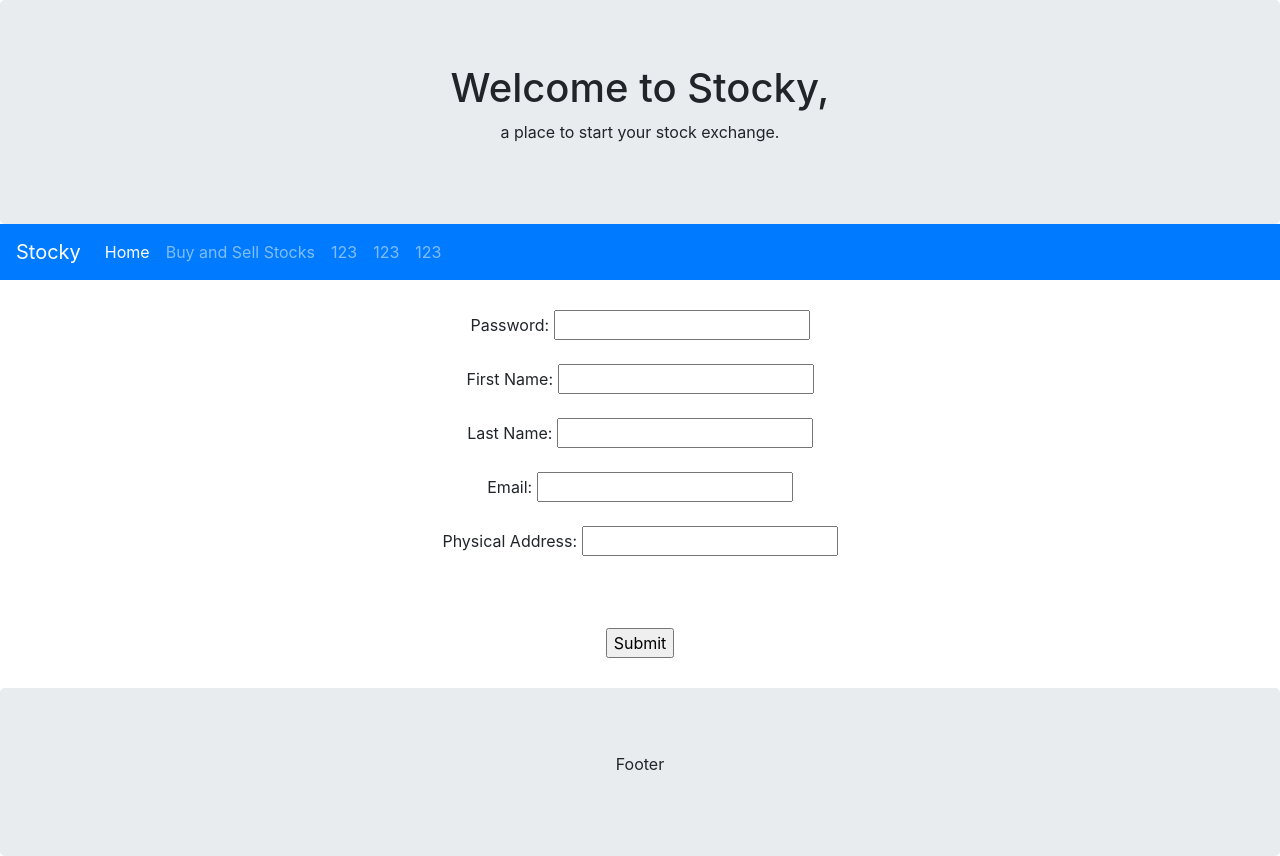
Repository: madfufuu/stocky
Page: http://localhost/stocky/signup.jsp
An editor plug-in stored every save of this project. The page is shown before and after the next save, followed by the edit.
The browser window is 1280 px wide. The pictures show the whole page.
The page is served by Tomcat 9. Other server files are loaded and not shown.

Above is the page before, as saved 2019-11-27 21:35:16.

### stocky-new-master/stocky/WebContent/signup.jsp
<%@ page language="java" contentType="text/html; charset=UTF-8"
    pageEncoding="UTF-8"%>
<!DOCTYPE html>
<html lang="en">
<head>
	<!-- Required meta tags -->
    <meta charset="utf-8">
    <meta name="viewport" content="width=device-width, initial-scale=1, shrink-to-fit=no">

	<!-- Bootstrap CSS -->
	<link rel="stylesheet" href="https://stackpath.bootstrapcdn.com/bootstrap/4.3.1/css/bootstrap.min.css" integrity="sha384-ggOyR0iXCbMQv3Xipma34MD+dH/1fQ784/j6cY/iJTQUOhcWr7x9JvoRxT2MZw1T" crossorigin="anonymous">
	<link rel="stylesheet" type="text/css" href="./style.css">

	<title>Registration</title>
</head>

<body>
	<div class="jumbotron text-center" style="margin-bottom:0">
  		<h1>Welcome to Stocky,</h1>
 		<p>a place to start your stock exchange.</p>
	</div>

	<nav class="navbar navbar-expand-lg navbar-dark bg-primary sticky-top">
  		<a class="navbar-brand" href="index.jsp">Stocky</a>
  		<button class="navbar-toggler" type="button" data-toggle="collapse" data-target="#navbarSupportedContent" aria-controls="navbarSupportedContent" aria-expanded="false" aria-label="Toggle navigation">
    		<span class="navbar-toggler-icon"></span>
  		</button>

  		<div class="collapse navbar-collapse" id="navbarSupportedContent">
			<ul class="navbar-nav mr-auto">
				<li class="nav-item active">
					<a class="nav-link" href="index.jsp">Home <span class="sr-only">(current)</span></a>
				</li>

				<li class="nav-item">
					<a class="nav-link" href="#">Buy and Sell Stocks</a>
				</li>

				<li class="nav-item">
					<a class="nav-link" href="#">123</a>
				</li>

				<li class="nav-item">
					<a class="nav-link" href="#">123</a>
				</li>

				<li class="nav-item">
					<a class="nav-link" href="#">123</a>
				</li>

			</ul>

		</div>
	</nav>

	<form id="signupForm" action="SignUpCheck" method="post">
		Password: <input type="password" name="password" /><br />
		<br /> First Name: <input type="text" name="fname" /><br />
		<br /> Last Name: <input type="text" name="lname" /><br />
		<br /> Email: <input type="text" name="email" /><br />
		<br /> Physical Address: <input type="text" name="paddress" /><br />
		<br /> <br />
		<br /> <input type="submit" />
	</form>

	<div class="jumbotron text-center" style="margin-bottom:0">
		<p>Footer</p>
	</div>



	<!-- Optional JavaScript -->
    <!-- jQuery first, then Popper.js, then Bootstrap JS -->
	<script src="https://code.jquery.com/jquery-3.3.1.slim.min.js" integrity="sha384-q8i/X+965DzO0rT7abK41JStQIAqVgRVzpbzo5smXKp4YfRvH+8abtTE1Pi6jizo" crossorigin="anonymous"></script>
	<script src="https://cdnjs.cloudflare.com/ajax/libs/popper.js/1.14.7/umd/popper.min.js" integrity="sha384-UO2eT0CpHqdSJQ6hJty5KVphtPhzWj9WO1clHTMGa3JDZwrnQq4sF86dIHNDz0W1" crossorigin="anonymous"></script>
	<script src="https://stackpath.bootstrapcdn.com/bootstrap/4.3.1/js/bootstrap.min.js" integrity="sha384-JjSmVgyd0p3pXB1rRibZUAYoIIy6OrQ6VrjIEaFf/nJGzIxFDsf4x0xIM+B07jRM" crossorigin="anonymous"></script>
</body>
</html>

### stocky-new-master/stocky/WebContent/style.css
@charset "UTF-8";
#signin-form-card {
	width: 50%;
}

#signupForm{
	text-align: center;
	margin:  30px;
}

After the next save:
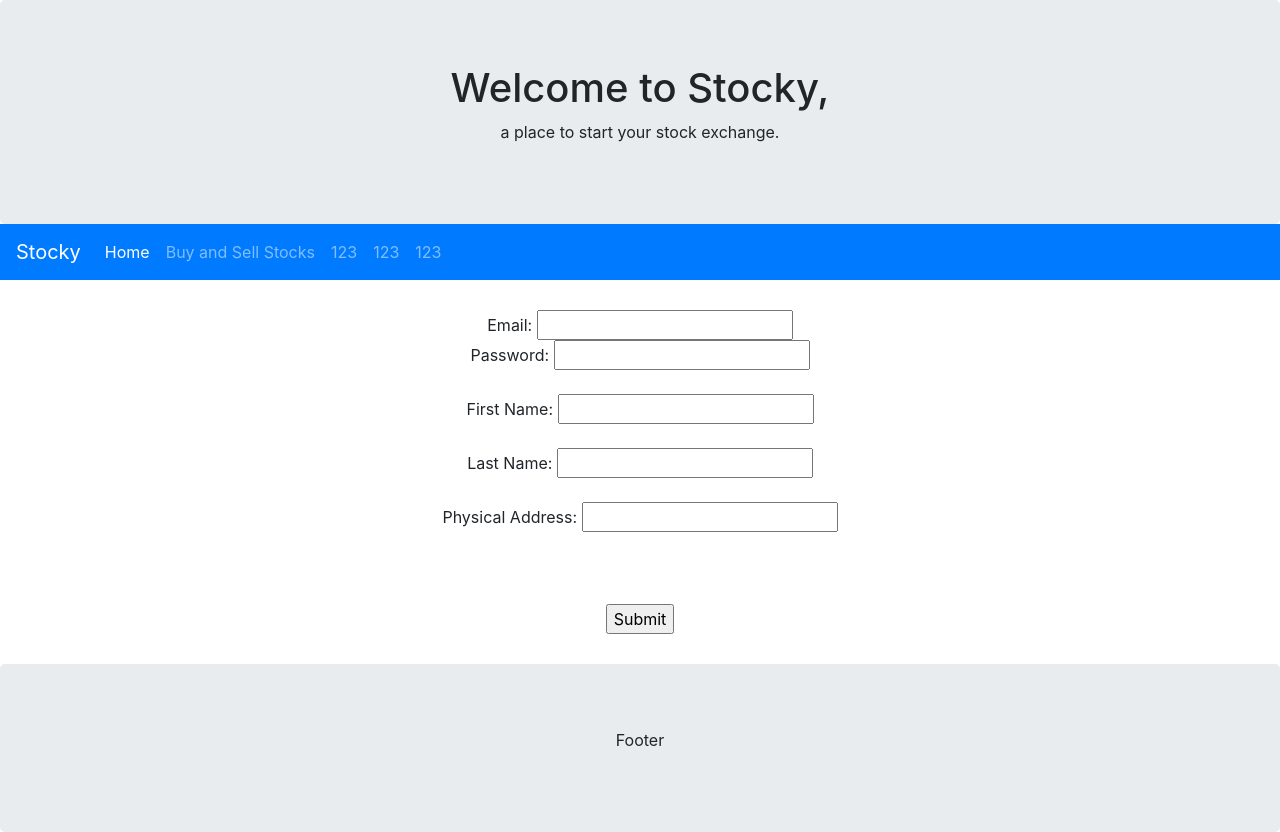
Saved 24 s later.
--- a/stocky-new-master/stocky/WebContent/signup.jsp
+++ b/stocky-new-master/stocky/WebContent/signup.jsp
@@ -54,10 +54,10 @@
 	</nav>
 
 	<form id="signupForm" action="SignUpCheck" method="post">
+		Email: <input type="text" name="email" /><br />
 		Password: <input type="password" name="password" /><br />
 		<br /> First Name: <input type="text" name="fname" /><br />
 		<br /> Last Name: <input type="text" name="lname" /><br />
-		<br /> Email: <input type="text" name="email" /><br />
 		<br /> Physical Address: <input type="text" name="paddress" /><br />
 		<br /> <br />
 		<br /> <input type="submit" />

After the save that followed:
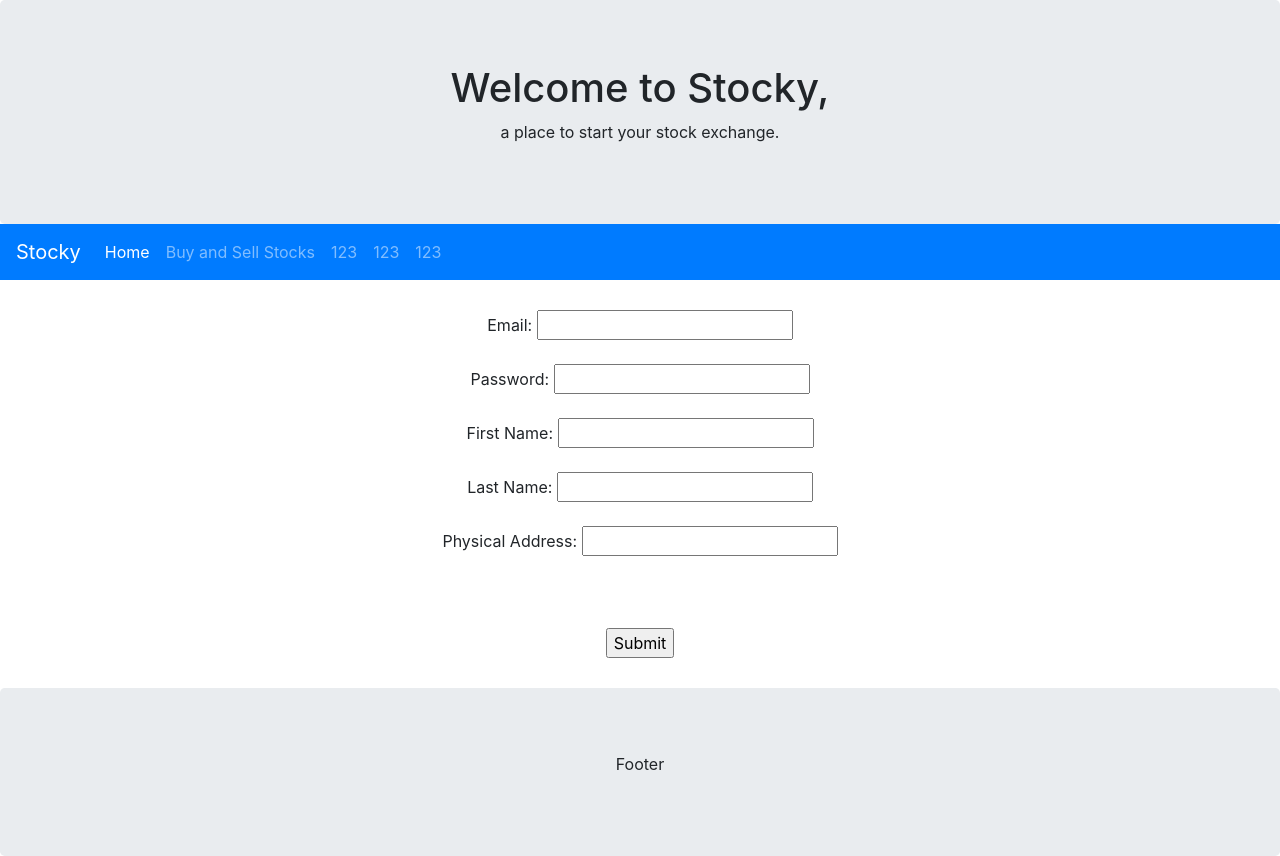
Saved 10 s later.
--- a/stocky-new-master/stocky/WebContent/signup.jsp
+++ b/stocky-new-master/stocky/WebContent/signup.jsp
@@ -55,7 +55,7 @@
 
 	<form id="signupForm" action="SignUpCheck" method="post">
 		Email: <input type="text" name="email" /><br />
-		Password: <input type="password" name="password" /><br />
+		<br />Password: <input type="password" name="password" /><br />
 		<br /> First Name: <input type="text" name="fname" /><br />
 		<br /> Last Name: <input type="text" name="lname" /><br />
 		<br /> Physical Address: <input type="text" name="paddress" /><br />
